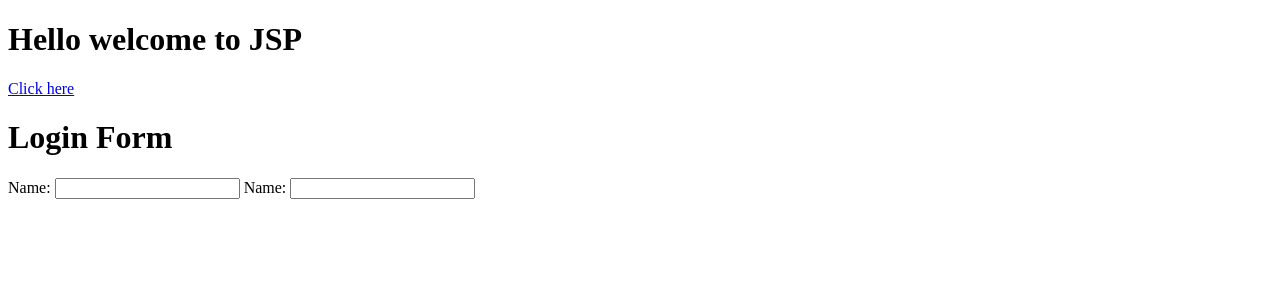
Repository: gauravrathod802/Java-Servlet
Page: http://localhost/MyFirstProject/
The author's editor kept a copy of each file at every save. The page is drawn from the files as they stood at one save, then again after the next save.
The browser window is 1280 px wide. The pictures show the whole page.
The page is served by Tomcat 9.

Above is the page before, as saved 2024-01-08 12:20:18.

After the next save:
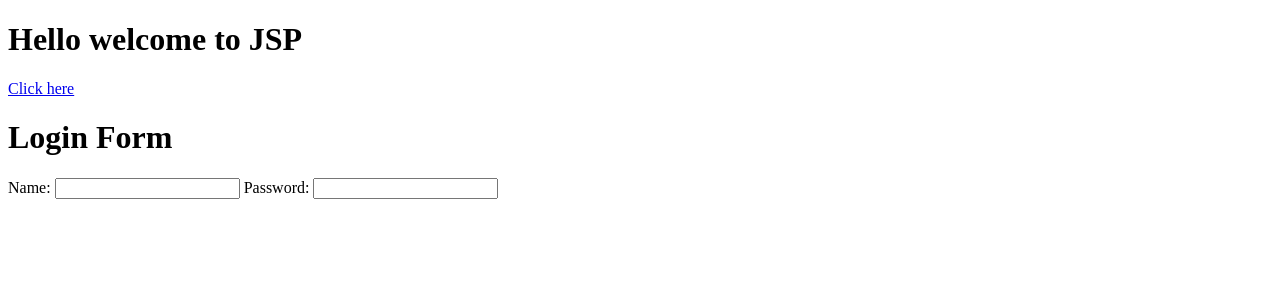
Saved 5 s later.
--- a/MyFirstProject/WebContent/index.jsp
+++ b/MyFirstProject/WebContent/index.jsp
@@ -14,7 +14,7 @@
 <form>
 <label>Name:</label>
 <input type="text">
-<label>Name:</label>
+<label>Password:</label>
 <input type="text">
 </form>
 </body>
